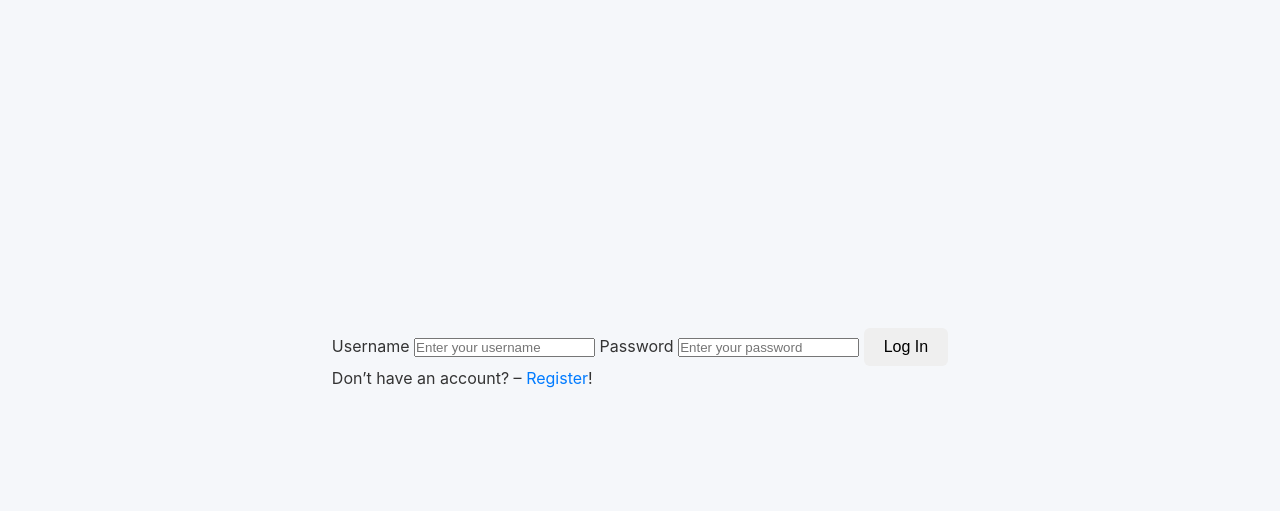
Repository: ArturSahakyan124/catalog_2
Page: http://localhost/views/auth/login.php
An editor plug-in stored every save of this project. The page is shown before and after the next save, followed by the edit.
The browser window is 1280 px wide. The pictures show the whole page.
The page is run by PHP 8.4 with error messages shown; the project is at /var/www/html/.

Above is the page before, as saved 2025-11-14 01:54:25.

### views/auth/login.php
    <?php
    session_start();

    if (!empty($_SESSION['user'])) {
        header('Location: ../profile/userPage.php');
    }

    ?>

    <!doctype html>
    <html lang="en">
    <head>
        <meta charset="UTF-8">
        <title>Authorization and Registration</title>
        <link rel="stylesheet" href="../../assets/css/auth.css">
        <link rel="stylesheet" href="../../assets/css/main.css">

    </head>
    <body>

        <form>
            <label>Username</label>
            <input type="text" name="login" placeholder="Enter your username">
            <label>Password</label>
            <input type="password" name="password" placeholder="Enter your password">
            <button type="submit" class="login-btn">Log In</button>
            <p>
                Don’t have an account? – <a href="register.php">Register</a>!
            </p>
            <p class="msg none">Lorem ipsum dolor sit amet.</p>
        </form>

        <script src="../../assets/js/jquery-3.4.1.min.js"></script>
        <script src="../../assets/js/main.js"></script>

    </body>
    </html>

### assets/css/auth.css

body {
  height: 100vh;
  display: flex;
  align-items: center;
  justify-content: center;

}

### assets/css/main.css

* {
  margin: 0;
  padding: 0;
  box-sizing: border-box;
}

body {
  font-family: 'Inter', -apple-system, BlinkMacSystemFont, 'Segoe UI', Roboto, Oxygen, Ubuntu, Cantarell, sans-serif;
  color: #333;
  line-height: 1.6;
  background-color: #f5f7fa;
}

a {
  color: #007bff;
  text-decoration: none;
  transition: color 0.2s ease;
}

a:hover {
  color: #0056b3;
}

button {
  padding: 10px 20px;
  border: none;
  border-radius: 6px;
  font-size: 16px;
  cursor: pointer;
  transition: background-color 0.3s ease, transform 0.1s ease;
}

.primary-btn {
  background-color: #18af1d;
  color: #fff;
}
.secondary-btn {
  background-color: #b41616;
  color: #fff;
}

button:hover {
  transform: translateY(-1px);
}


.none {
  display: none;
}

.error {
  font-size: 12px;
  color: #dc3545;
  margin-top: 5px;
}

.msg {
  border: 2px solid #ff0808;
  border-radius: 3px;
  padding: 10px;
  text-align: center;
  font-weight: bold;
  margin-top: 8px;
}

### assets/js/main.js
// LOGIN
function login() {
    $('.login-btn').click(async function (e) {
        e.preventDefault();

        const login = $('input[name="login"]').val().trim();
        const password = $('input[name="password"]').val().trim();

        if (!login || !password) {
            $('.msg').removeClass('none').text('Please fill in all fields.');
            return;
        }

        const data = { action: 'login', login, password };

        try {
            await sendRequestPromise('./AuthController.php', 'POST', data);
            document.location.href = 'CarController.php';
        } catch (err) {
            $('.msg').removeClass('none').text(err.message || 'Login failed');
        }
    });
}

// REGISTRATION
function register() {
    $('#registerForm').on('submit', async function (e) {
        e.preventDefault();

        const formData = new FormData(this);
        formData.append('action', 'register');

        try {
            await sendRequestPromise('../AuthController.php', 'POST', formData);
            document.location.href = '../AuthController.php';
        } catch (err) {
            $('.msg').removeClass('none').text(err.message || 'Registration failed');
        }
    });
}

login();
register();

Loaded but not shown: assets/js/jquery-3.4.1.min.js (library)

After the next save:
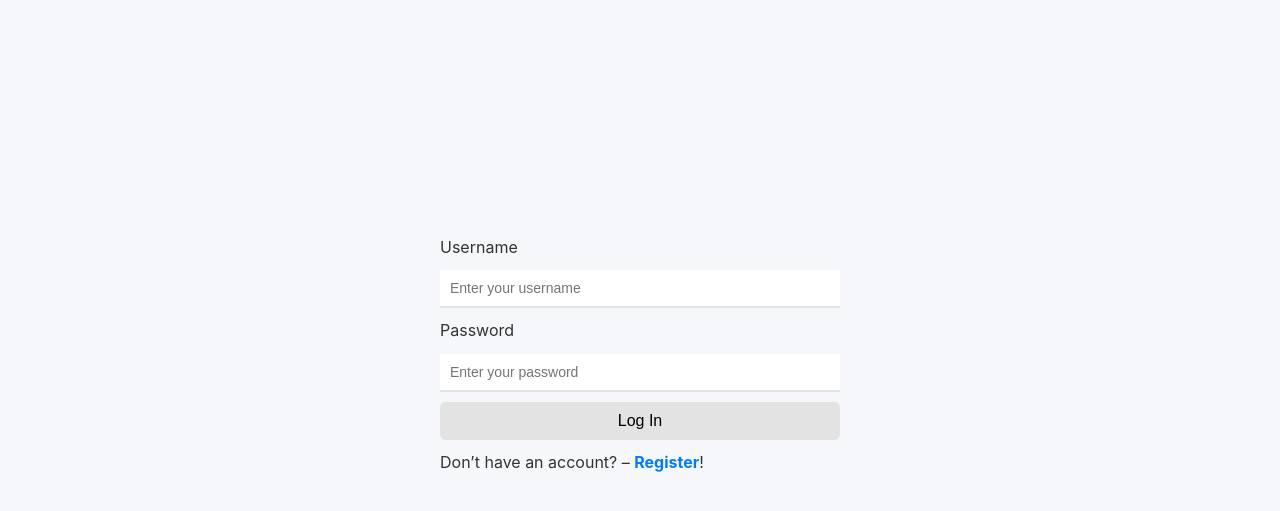
Saved 40 s later.
--- a/assets/css/auth.css
+++ b/assets/css/auth.css
@@ -4,5 +4,48 @@ body {
   display: flex;
   align-items: center;
   justify-content: center;
+  font-family: Montserrat, sans-serif;
+  background-color: #fff;
+}
 
+form {
+  display: flex;
+  flex-direction: column;
+  width: 400px;
 }
+
+input {
+  margin: 10px 0;
+  padding: 10px;
+  border: none;
+  border-bottom: 2px solid #e3e3e3;
+  outline: none;
+  font-size: 14px;
+}
+
+input.error {
+  border-bottom: 2px solid #ff4332;
+}
+
+button {
+  padding: 10px;
+  background: #e3e3e3;
+  border: none;
+  cursor: pointer;
+  transition: background-color 0.3s;
+}
+
+button:hover {
+  background-color: #d0d0d0;
+}
+
+a {
+  color: #7c9ab7;
+  font-weight: bold;
+  text-decoration: none;
+  margin-top: 10px;
+}
+
+p {
+  margin: 10px 0;
+}
